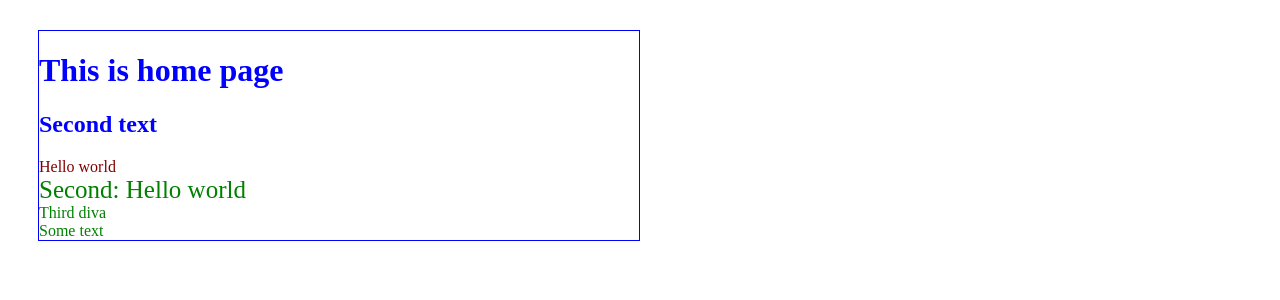
Repository: Vincerenko/Web-site
Page: http://localhost/index
These files come from the project's save history. The page is drawn as it stood at one moment and after the next save; the edit follows.
The browser window is 1280 px wide. The pictures show the whole page.
The page is this project's Thymeleaf template; nobody is signed in. The template is opened directly, without the code that normally fills it, so the values that code supplies are empty.

Above is the page before, as saved 2021-03-12 18:47:31.

After the next save:
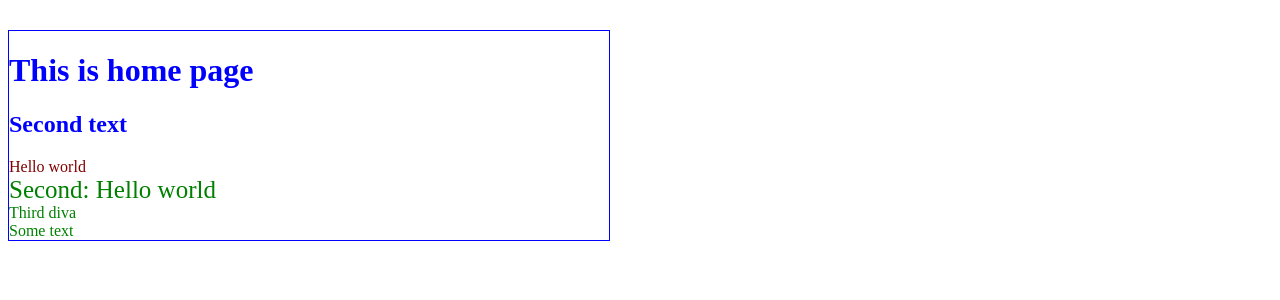
Saved 10 s later.
--- a/ckj_13_mvc/src/main/resources/static/style/demo.css
+++ b/ckj_13_mvc/src/main/resources/static/style/demo.css
@@ -16,5 +16,5 @@ font-size: 25px;
 .container{
 	border: 1px double blue;
 	width: 600px;
-	margin: 30px
+	margin-top: 30px
 }
